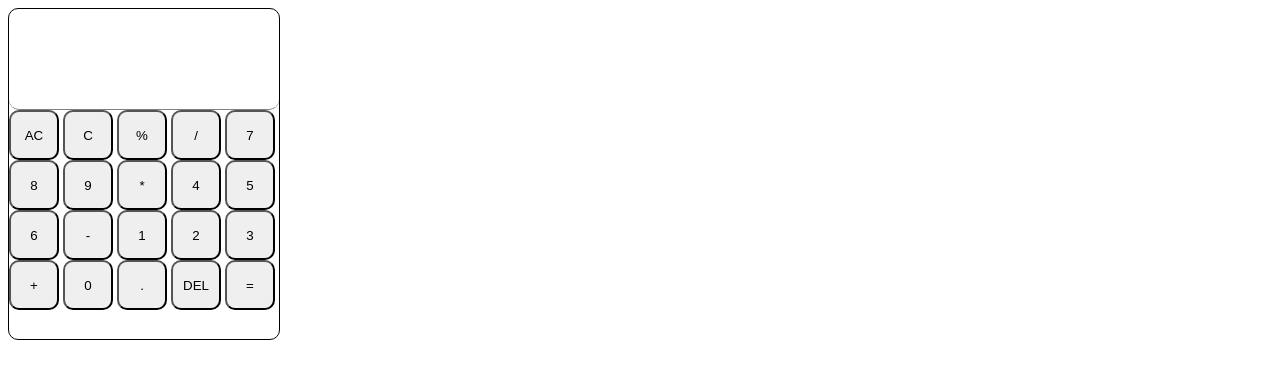
Repository: baziz22/Vanilla_JS_Projects
Page: claculator/index.html
These files come from the project's save history. The page is drawn as it stood at one moment and after the next save; the edit follows.
The browser window is 1280 px wide. The pictures show the whole page.

Above is the page before, as saved 2022-03-02 02:16:08.
Console error: SyntaxError: Malformed arrow function parameter list

### claculator/index.html
<!DOCTYPE html>
<html lang="en">
  <head>
    <meta charset="UTF-8" />
    <meta http-equiv="X-UA-Compatible" content="IE=edge" />
    <meta name="viewport" content="width=device-width, initial-scale=1.0" />
    <link rel="stylesheet" href="style.css" />
    <script src="script.js" defer></script>
    <title>Calculator</title>
  </head>
  <body>
    <div class="container">
      <div class="wrapper">
        <div id="result">
          <div id="equation"></div>
          <div id="total"></div>
        </div>

        <button class="btn" all-clear>AC</button>
        <button class="btn" last-entity-clear>C</button>
        <button class="btn" operation>%</button>
        <button class="btn" operation>/</button>
        <button class="btn" number>7</button>
        <button class="btn" number>8</button>
        <button class="btn" number>9</button>
        <button class="btn" operation>*</button>
        <button class="btn" number>4</button>
        <button class="btn" number>5</button>
        <button class="btn" number>6</button>
        <button class="btn" operation">-</button>
        <button class="btn" number>1</button>
        <button class="btn" number>2</button>
        <button class="btn" number>3</button>
        <button class="btn" operation>+</button>
        <button class="btn" number>0</button>
        <button class="btn" number dot>.</button>
        <button class="btn" value="del" id="delete">DEL</button>
        <button class="btn" equal>=</button>
      </div>
    </div>
  </body>
</html>

### claculator/style.css
.wrapper {
  border: 1px solid black;
  border-radius: 10px;
  width: 270px;
  height: 330px;
}
button {
  width: 50px;
  height: 50px;
  border-radius: 10px;
}
#result {
  width: 270px;
  height: 100px;
  border-bottom: 1px solid gray;
  border-radius: 10px;
}

### claculator/script.js
const output = document.getElementById('output');
const total = document.getElementById('total');
const reset = document.getElementById('ac');
const btn = document.querySelectorAll('.btn');
const operants = ['=', '+', '-', '*', '/'];
const equalOperation = '=';
function clear() {}
function digitDelete() {}
const operantValue = function (arg, operant) {
  let theOperant = '';
  //console.log('args: ', arg);
  operant.forEach((element, i) => {
    //console.log(i + '. ' + element);
    //console.log('opernat: ', operant);
    if (operant[i] === arg[0]) {
      console.log('this is the operant', operant[i]);
      theOperant = operant[i];
    }
  });
  return theOperant;
};

function appendNumber(d) {
  let digits = [];
  let saveOperants = [];
  let saveDigits = [];
  let outputContents = '';
  console.log('print: ', d);
  if (d.value !== equalOperation) {
    digits.push(d.value);
    let g = operantValue(digits, operants);
    console.log('g: ', g);
    //console.log('digits: ', digits);
    output.innerHTML += digits;
    if (d.value !== g) {
      outputContents += output.textContent;
      console.log(outputContents);
      //saveOutputDigit = outputContents;
      //console.log('s: ',saveOutputDigit);
      out = outputContents.concat();
      console.log('out: ', out);
    }
    if (d.value === g) {
      outputContents = '';
      //saveOutputDigit = '';
      saveOperants.push(g);
      saveDigits.push(Number(out));
      console.log('2. OutputContents: ', out);
      console.log('saveDigits: ', saveDigits);
      //reset outputContent\
      console.log('saveOperants: ', saveOperants);
      //operantValue(digits, operants);
    }
  } else {
    compute();
  }
}
function chooseOperation(operation) {}
function compute() {
  console.log('Final Result');
}
function updateDisplay() {}
let out = '';
let saveOutputDigit = '';


  btn.forEach(element => {
    element.addEventListener('click', appendNumber(element) => {element.value});
  });

After the next save:
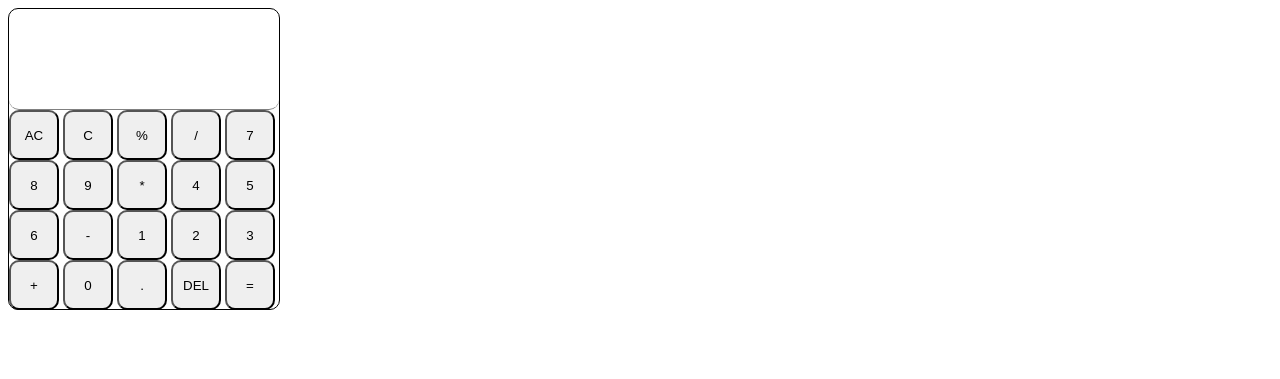
Saved 15 s later.
--- a/claculator/style.css
+++ b/claculator/style.css
@@ -2,7 +2,7 @@
   border: 1px solid black;
   border-radius: 10px;
   width: 270px;
-  height: 330px;
+  height: 300px;
 }
 button {
   width: 50px;
